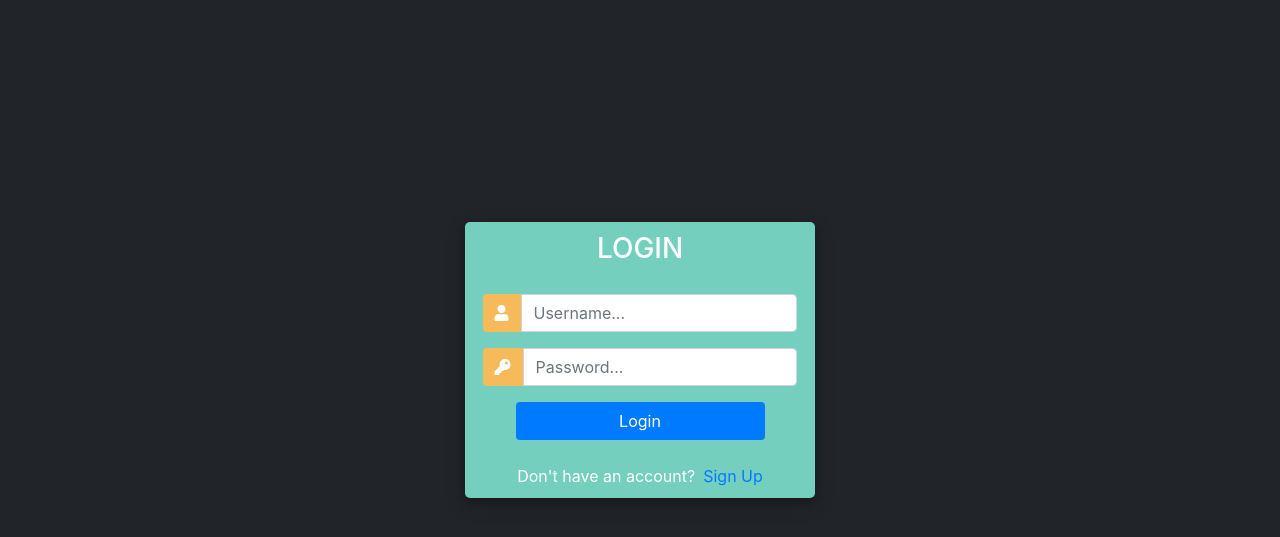
Repository: Abdaljawad-Aya/login-register-auth-validation-Django
Page: http://localhost/login/
An editor plug-in stored every save of this project. The page is shown before and after the next save, followed by the edit.
The browser window is 1280 px wide. The pictures show the whole page.
Some web libraries are served in a nearby version. The page is served by the project's application, run on Django 3.2 (project8/manage.py). Other server files are loaded and not shown.

Above is the page before, as saved 2021-03-11 22:57:40.

### project8/project8/templates/login.html
<!DOCTYPE html>
<html>

<head>
	<title>Login</title>
	<link rel="stylesheet" href="https://stackpath.bootstrapcdn.com/bootstrap/4.1.3/css/bootstrap.min.css" integrity="sha384-MCw98/SFnGE8fJT3GXwEOngsV7Zt27NXFoaoApmYm81iuXoPkFOJwJ8ERdknLPMO" crossorigin="anonymous">
	<script src="https://ajax.googleapis.com/ajax/libs/jquery/3.3.1/jquery.min.js"></script>
	<link rel="stylesheet" href="https://use.fontawesome.com/releases/v5.6.1/css/all.css" integrity="sha384-gfdkjb5BdAXd+lj+gudLWI+BXq4IuLW5IT+brZEZsLFm++aCMlF1V92rMkPaX4PP" crossorigin="anonymous">


	<style>
		body,
		html {
			margin: 0;
			padding: 0;
			height: 100%;
			background: #212429 !important;
		}
		.user_card {
			width: 350px;
			margin-top: auto;
			margin-bottom: auto;
			background: #74cfbf;
			position: relative;
			display: flex;
			justify-content: center;
			flex-direction: column;
			padding: 10px;
			box-shadow: 0 4px 8px 0 rgba(0, 0, 0, 0.2), 0 6px 20px 0 rgba(0, 0, 0, 0.19);
			-webkit-box-shadow: 0 4px 8px 0 rgba(0, 0, 0, 0.2), 0 6px 20px 0 rgba(0, 0, 0, 0.19);
			-moz-box-shadow: 0 4px 8px 0 rgba(0, 0, 0, 0.2), 0 6px 20px 0 rgba(0, 0, 0, 0.19);
			border-radius: 5px;

		}

		.form_container {
			margin-top: 20px;
		}

		#form-title{
			color: #fff;

		}

		.login_btn {
			width: 100%;
			background: #007aff !important;
			color: white !important;
		}
		.login_btn:focus {
			box-shadow: none !important;
			outline: 0px !important;
		}
		.login_container {
			padding: 0 2rem;
		}
		.input-group-text {
			background: #f7ba5b !important;
			color: white !important;
			border: 0 !important;
			border-radius: 0.25rem 0 0 0.25rem !important;
		}
		.input_user,
		.input_pass:focus {
			box-shadow: none !important;
			outline: 0px !important;
		}

		#messages{
			background-color: grey;
			color: #fff;
			padding: 10px;
			margin-top: 10px;
		}
      .links{
      color:white;
    }
	</style>

</head>
<body>
	<div class="container h-100">
		<div class="d-flex justify-content-center h-100">
			<div class="user_card">
				<div class="d-flex justify-content-center">


					<h3 id="form-title">LOGIN</h3>
				</div>
				<div class="d-flex justify-content-center form_container">
					<form method="POST" action="">
						<div class="input-group mb-3">
							<div class="input-group-append">
								<span class="input-group-text"><i class="fas fa-user"></i></span>
							</div>
							<input type="text" name="username" placeholder="Username..." class="form-control">
						</div>
						<div class="input-group mb-2">
							<div class="input-group-append">
								<span class="input-group-text"><i class="fas fa-key"></i></span>
							</div>
								<input type="password" name="password" placeholder="Password..." class="form-control" >
						</div>

							<div class="d-flex justify-content-center mt-3 login_container">
				 				<input class="btn login_btn" type="submit" value="Login">
				   			</div>
					</form>

				</div>

				<div class="mt-4">
					<div class="d-flex justify-content-center links">
						Don't have an account? <a href="{% url 'register' %}" class="ml-2">Sign Up</a>
					</div>

				</div>
			</div>
		</div>
	</div>
</body>

</html>

### project8/project8/App/views.py
from django.shortcuts import render
from django.contrib.auth.forms import UserCreationForm


# Create your views here.
from .models import *
from .forms import OrderForm, CreateUserForm
from .filters import OrderFilters


def registerPage(request):
    form = CreateUserForm()

    if request.method == 'POST':
        form = CreateUserForm(request.POST)
        if form.is_valid():
              form.save()

    context ={'form':form}
    return render(request, '../templates/register.html', context)


def loginPage(request):
    context ={}
    return render(request, '../templates/login.html', context)

def index(request):
    return render(request , "index.html")

### project8/project8/project8/urls.py
"""project8 URL Configuration

The `urlpatterns` list routes URLs to views. For more information please see:
    https://docs.djangoproject.com/en/3.1/topics/http/urls/
Examples:
Function views
    1. Add an import:  from my_app import views
    2. Add a URL to urlpatterns:  path('', views.home, name='home')
Class-based views
    1. Add an import:  from other_app.views import Home
    2. Add a URL to urlpatterns:  path('', Home.as_view(), name='home')
Including another URLconf
    1. Import the include() function: from django.urls import include, path
    2. Add a URL to urlpatterns:  path('blog/', include('blog.urls'))
"""
from django.contrib import admin
from django.urls import path
from App import views

urlpatterns = [
    path('register/', views.registerPage, name="register"),
    path('login/', views.loginPage, name="login"),

    path('admin/', admin.site.urls),
    path('', views.index),
]

After the next save:
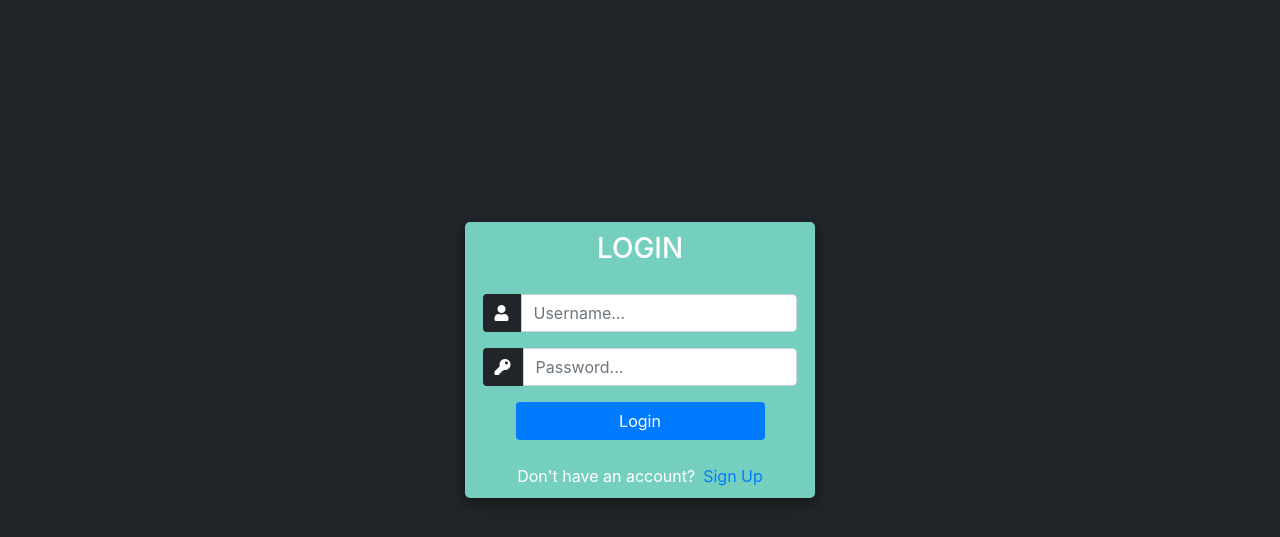
Saved 27 s later.
--- a/project8/project8/templates/login.html
+++ b/project8/project8/templates/login.html
@@ -55,7 +55,7 @@
 			padding: 0 2rem;
 		}
 		.input-group-text {
-			background: #f7ba5b !important;
+			background: #212429 !important;
 			color: white !important;
 			border: 0 !important;
 			border-radius: 0.25rem 0 0 0.25rem !important;
